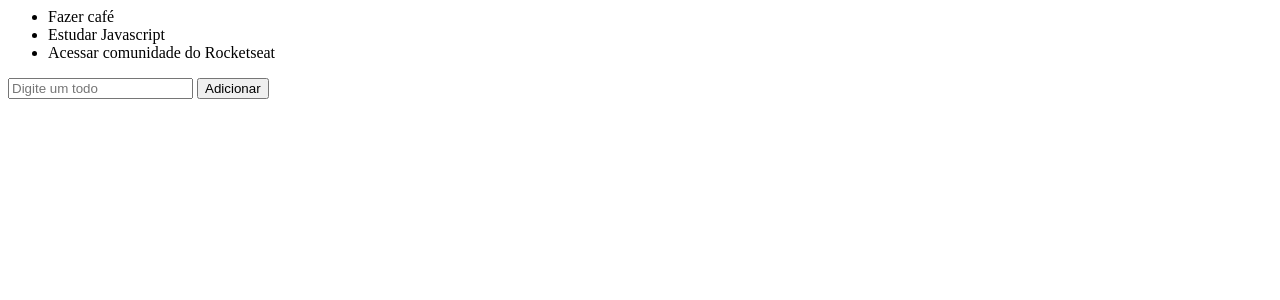
Repository: VictorAugustoBarros/Estudos
Page: javascript/Rocketseat/modulo3/estrutura.html
These files come from the project's save history. The page is drawn as it stood at one moment and after the next save; the edit follows.
The browser window is 1280 px wide. The pictures show the whole page.

Above is the page before, as saved 2020-01-22 17:02:35.

After the next save:
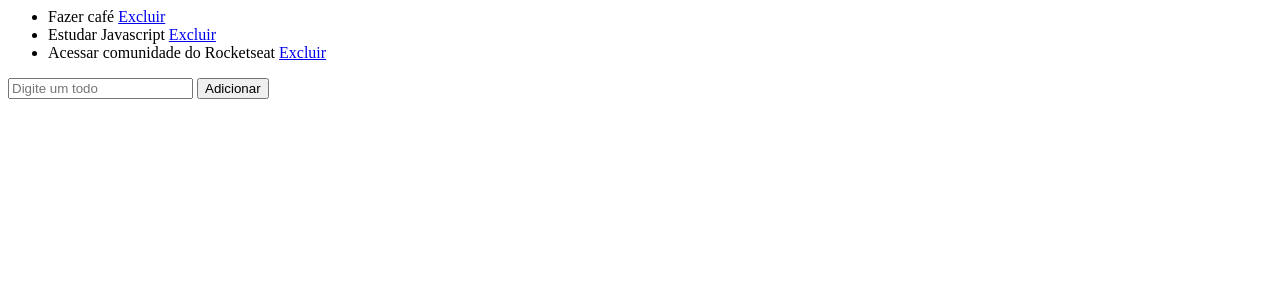
Saved 15 s later.
--- a/javascript/Rocketseat/modulo3/estrutura.html
+++ b/javascript/Rocketseat/modulo3/estrutura.html
@@ -7,13 +7,13 @@
         <div id="app">
             <ul>
                 <li>Fazer café
-                    <a href="#"></a>
+                    <a href="#">Excluir</a>
                 </li>
                 <li>Estudar Javascript
-                    <a href="#"></a>
+                    <a href="#">Excluir</a>
                 </li>
                 <li>Acessar comunidade do Rocketseat
-                    <a href="#"></a>
+                    <a href="#">Excluir</a>
                 </li>
             </ul>
             <input type="text" placeholder="Digite um todo">
